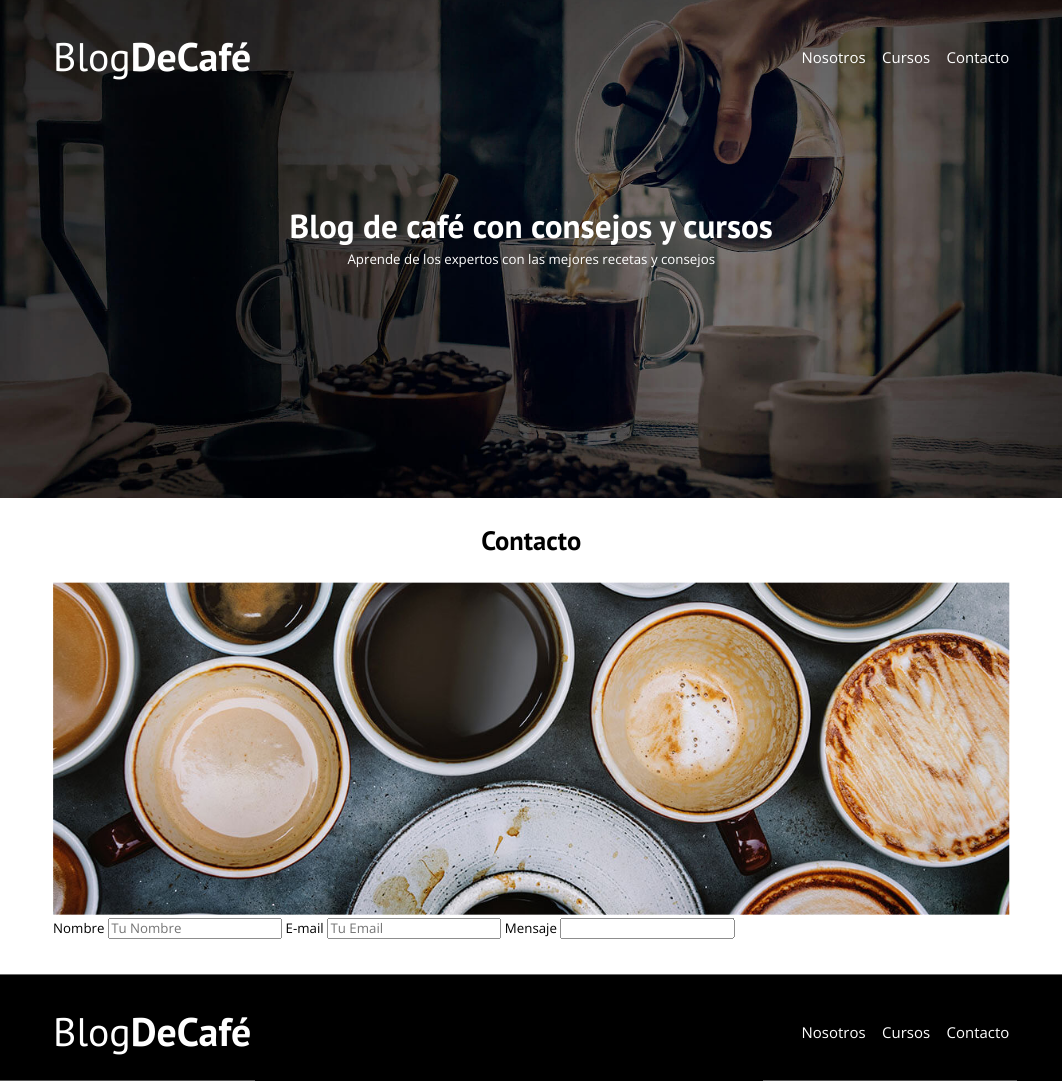
Repository: araque1990/blog_de_cafe
Page: contacto.html
An editor plug-in stored every save of this project. The page is shown before and after the next save, followed by the edit.
The browser window is 1280 px wide. The pictures show the whole page, at 83% of full size.

Above is the page before, as saved 2023-01-12 19:06:09.

### contacto.html
<!DOCTYPE html>
<html lang="es">
<head>
  <meta charset="UTF-8">
  <meta http-equiv="X-UA-Compatible" content="IE=edge">
  <meta name="viewport" content="width=device-width, initial-scale=1.0">
  <title>Blog de Café</title>
  <link rel="stylesheet" href="css/normalize.css">
  <link rel="preconnect" href="https://fonts.googleapis.com"><link rel="preconnect" href="https://fonts.gstatic.com" crossorigin><link href="https://fonts.googleapis.com/css2?family=Open+Sans&family=PT+Sans:wght@400;700&display=swap" rel="stylesheet">
  <link rel="stylesheet" href="css/styles.css">
</head>
<body>

  <header class="header">
    <div class="contenedor">
      <div class="barra">
        <a class="logo" href="index.html">
          <h1 class="logo__nombre no-margin centrar-texto">Blog<span class="logo__bold">DeCafé</span></h1>
        </a>

        <nav class="navegacion">
          <a href="nosotros.html" class="navegacion__enlace">Nosotros</a>
          <a href="cursos.html" class="navegacion__enlace">Cursos</a>
          <a href="contacto.html" class="navegacion__enlace">Contacto</a>
        </nav>
      </div>
    </div>
    <div class="header__texto">
      <h2 class="no-margin">Blog de café con consejos y cursos</h2>
      <p class="no-margin">Aprende de los expertos con las mejores recetas y consejos</p>
    </div>
  </header>

  <main class="contenedor">
    <h3 class="centrar-texto">Contacto</h3>

    <div class="contacto-bg">
    </div>

    <div class="">
      <form action="POST">
        <label for="nombre">Nombre
          <input type="text" name="nombre" placeholder="Tu Nombre">
        </label>
        <label for="email">E-mail
          <input type="email" name="email" placeholder="Tu Email">
        </label>
        <label for="mensaje">Mensaje
          <input type="textarea" name="mensaje">
        </label>
      </form>
    </div>

  </main>

  <footer class="footer">
    <div class="contenedor">
      <div class="barra">
        <a class="logo" href="index.html">
          <h1 class="logo__nombre no-margin centrar-texto">Blog<span class="logo__bold">DeCafé</span></h1>
        </a>

        <nav class="navegacion">
          <a href="nosotros.html" class="navegacion__enlace">Nosotros</a>
          <a href="cursos.html" class="navegacion__enlace">Cursos</a>
          <a href="contacto.html" class="navegacion__enlace">Contacto</a>
        </nav>
      </div>
    </div>
  </footer>
</body>
</html>

### css/styles.css
:root {
  --fuenteHeading: 'PT Sans', sans-serif;
  --fuenteParrafos: 'Open Sans', sans-serif;

  --secundario: #784D3C;
  --gris: #E1E1E1;
  --blanco: #FFF;
  --negro: #000;
}
html {
  box-sizing: border-box;
  font-size: 62.5%;
}
*, *:before, *:after {
  box-sizing: inherit;
}
body {
  font-family: var(--fuenteParrafos);
  font-size: 1.6rem;
  line-height: 2;
}

/* Globales */
.contenedor {
  max-width: 120rem;
  width: 90%;
  /* width: min(90%, 120rem); //ESTO ES LO MISMO QUE LOS DOS ATRIBUTOS DE ARRIBA */
  margin: 0 auto;
}
a {
  text-decoration: none;
}
h1, h2, h3, h4 {
  font-family: var(--fuenteHeading);
  line-height: 1.2;
}
h1 {
  font-size: 4.8rem;
}
h2 {
  font-size: 4rem;
}
h3 {
  font-size: 3.2rem;
}
h4 {
  font-size: 2.8rem;
}
img {
  max-width: 100%;
}

/* Utilidades */
.no-margin {
  margin: 0;
}
.no-padding {
  padding: 0;
}
.centrar-texto {
  text-align: center;
}

/* Header */
.header {
  background-image: url(../img/banner.jpg);
  height: 60rem;
  background-size: cover;
  background-repeat: no-repeat;
  background-position: center center;
}
.header__texto {
  text-align: center;
  color: var(--blanco);
  margin-top: 5rem;
}

@media (min-width: 768px) {
  .header__texto {
    margin-top: 15rem;
  }
}

@media (min-width: 768px) {
  .barra {
    display: flex;
    justify-content: space-between;
    align-items: center;
  }
}
.barra {
  padding-top: 4rem;
}
.logo {
  color: var(--blanco);
}
.logo__nombre {
  font-weight: 400;
}
.logo__bold {
  font-weight: 700;
}

@media (min-width: 768px) {
  .navegacion {
    display: flex;
    gap: 2rem;
  }
}
.navegacion__enlace {
  display: block;
  text-align: center;
  font-size: 1.8rem;
  color: var(--blanco);
}

@media (min-width: 768px) {
  .contenido-principal {
    display: grid;
    grid-template-columns: 2fr 1fr;
    column-gap: 4rem;
  }
}

.entrada {
  border-bottom: 1px solid var(--gris);
  margin-bottom: 2rem;
}
.entrada:last-of-type {
  border: none;
  margin-bottom: 0;
}
.boton {
  display: block;
  font-family: var(--fuenteHeading);
  color: var(--blanco);
  text-align: center;
  padding: 1rem 3rem;
  font-size: 1.8rem;
  text-transform: uppercase;
  font-weight: 700;
  margin-bottom: 2rem;
}
@media (min-width: 768px) {
  .boton {
    display: inline-block;
  }
}
.boton--primario {
  background-color: var(--negro);
}
.boton--secundario {
  background-color: var(--secundario);
}

.cursos {
  list-style: none;
}

.widget-curso {
  border-bottom: 1px solid var(--gris);
  margin-bottom: 2rem;
}
.widget-curso:last-of-type {
  border: none;
  margin-bottom: 0;
}
.widget-curso__label {
  font-family: var(--fuenteHeading);
  font-weight: 700;
}
.widget-curso__info {
  font-weight: 400;
}
.widget-curso__info, .widget-curso__label {
  font-size: 2rem;
}

.footer {
  background-color: var(--negro);
  padding-bottom: 3rem;
  margin-top: 4rem;
}

/* Sobre Nosotros */
@media (min-width: 768px) {
  .sobre-nosotros {
    display: grid;
    grid-template-columns: repeat(2, 1fr);
    column-gap: 2rem;
  }
}

.curso {
  padding: 3rem 0;
  border-bottom: 1px solid var(--gris);
}
@media (min-width: 768px) {
  .curso{
    display: grid;
    grid-template-columns: 1fr 2fr;
    column-gap: 2rem;
  }
}
.curso:last-of-type {
  border: none;
}

/* NOTA: podemos simplemente añadir estas clases a los estilos de widget correspodientes para evitar duplicidades. */
.curso__label {
  font-family: var(--fuenteHeading);
  font-weight: 700;
}
.curso__info {
  font-weight: 400;
}
.curso__info, .curso__label {
  font-size: 2rem;
}

/* Contacto */
.contacto-bg {
  background-image: url(../img/contacto.jpg);
  height: 40rem;
  background-size: cover;
  background-repeat: no-repeat;
}

Loaded but not shown: css/normalize.css (library)

After the next save:
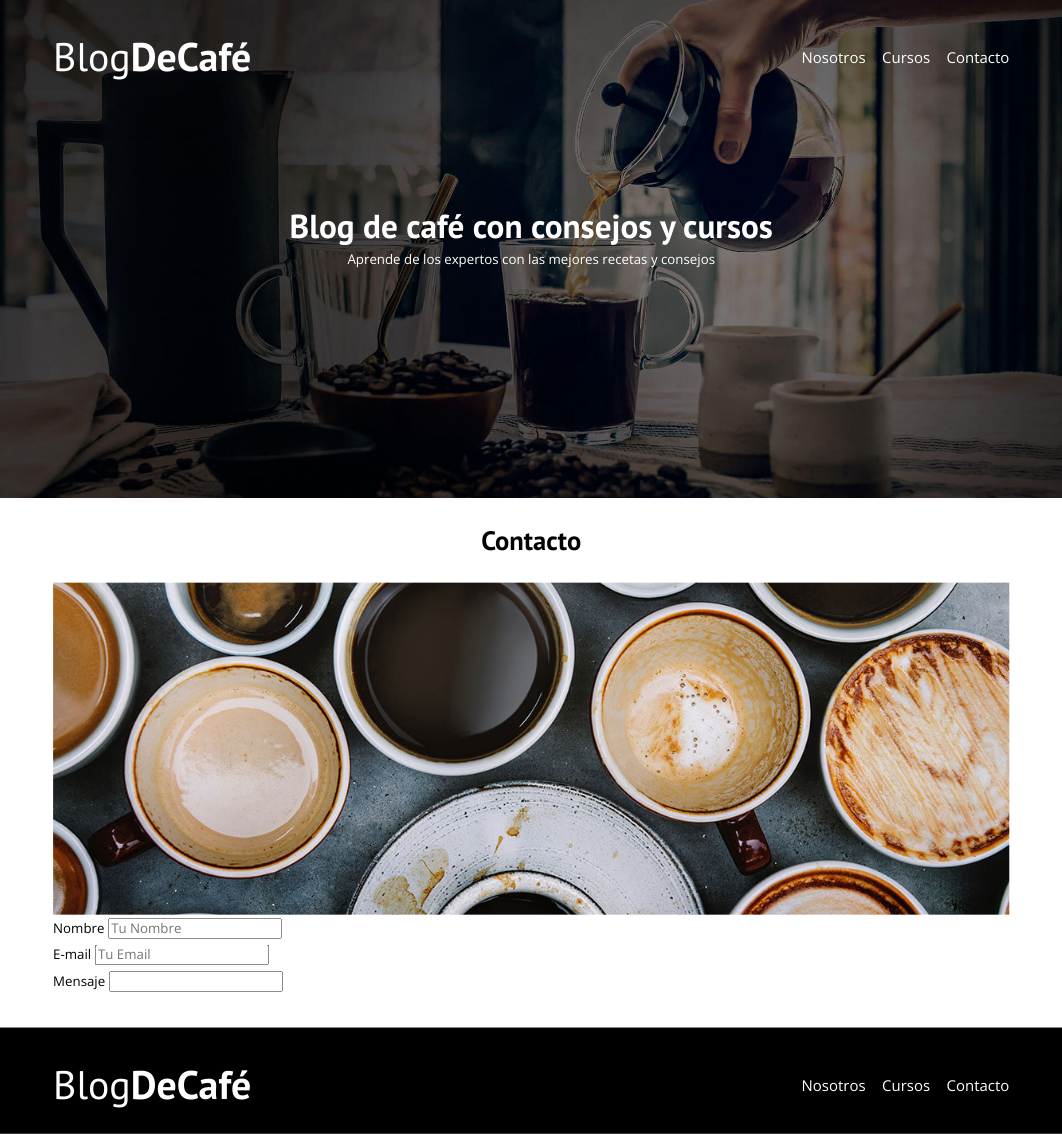
Saved 3 min 42 s later.
--- a/contacto.html
+++ b/contacto.html
@@ -34,22 +34,24 @@
   <main class="contenedor">
     <h3 class="centrar-texto">Contacto</h3>
 
-    <div class="contacto-bg">
-    </div>
+    <div class="contacto-bg"></div>
 
-    <div class="">
-      <form action="POST">
-        <label for="nombre">Nombre
-          <input type="text" name="nombre" placeholder="Tu Nombre">
-        </label>
-        <label for="email">E-mail
-          <input type="email" name="email" placeholder="Tu Email">
-        </label>
-        <label for="mensaje">Mensaje
-          <input type="textarea" name="mensaje">
-        </label>
-      </form>
-    </div>
+    <form class="formulario">
+      <div class="campo">
+        <label for="nombre">Nombre</label>
+        <input type="text" name="nombre" placeholder="Tu Nombre">
+      </div>
+
+      <div class="campo">
+        <label for="email">E-mail</label>
+        <input type="email" name="email" placeholder="Tu Email">
+      </div>
+
+      <div class="campo">
+        <label for="mensaje">Mensaje</label>
+        <input type="textarea" name="mensaje">
+      </div>
+    </form>
 
   </main>
 
